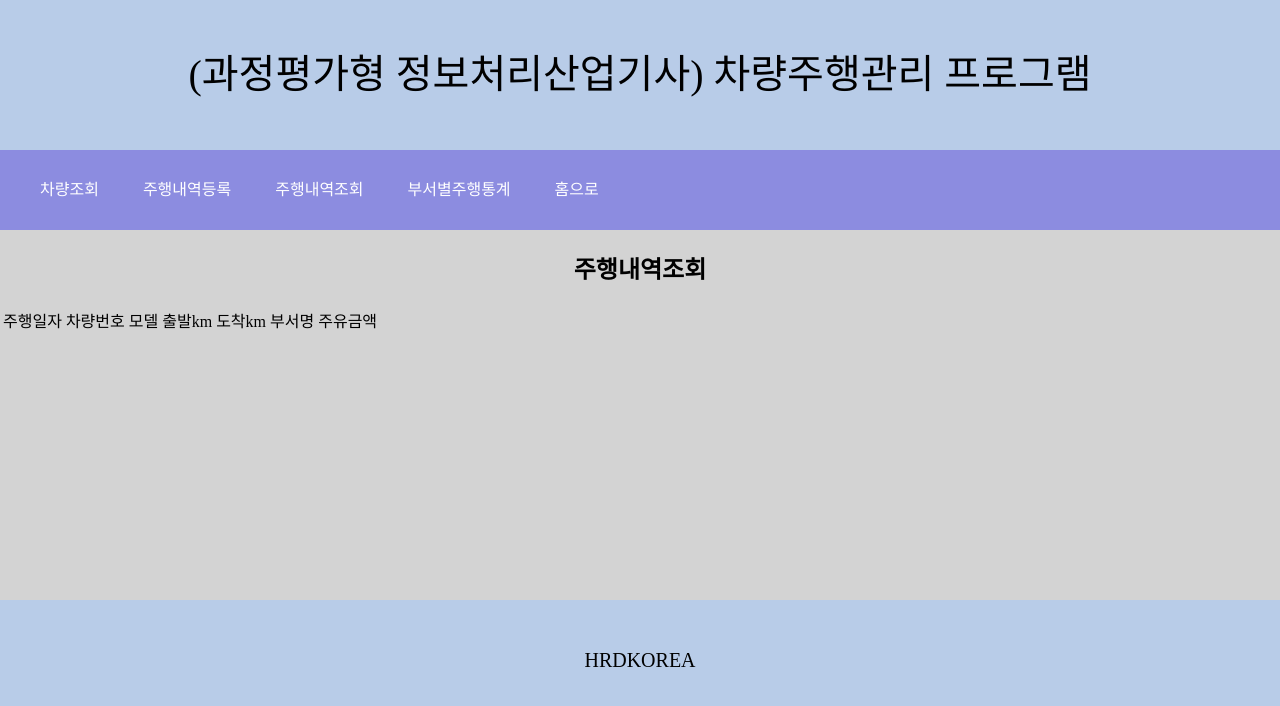
Repository: junhee97/-
Page: http://localhost/HRD_04/r_list.jsp
These files come from the project's save history. The page is drawn as it stood at one moment and after the next save; the edit follows.
The browser window is 1280 px wide. The pictures show the whole page.
The page is served by Tomcat 9.

Above is the page before, as saved 2025-08-14 14:18:48.

### HRD_04/WebContent/r_list.jsp
<%@ page language="java" contentType="text/html; charset=UTF-8"
    pageEncoding="UTF-8"%>
<!DOCTYPE html PUBLIC "-//W3C//DTD HTML 4.01 Transitional//EN" "http://www.w3.org/TR/html4/loose.dtd">
<html>
<head>
<meta http-equiv="Content-Type" content="text/html; charset=UTF-8">
<title>Insert title here</title>
</head>
<body>

<jsp:include page="header.jsp"></jsp:include>

<section style="position: fixed; top: 230px; left: 0px; width: 100%; height: 100%; background-color: lightgray;">
<h2 style="text-align: center;">주행내역조회</h2>

<form>
	<table>
		<tr>
			<td>주행일자</td>
			<td>차량번호</td>
			<td>모델</td>
			<td>출발km</td>
			<td>도착km</td>
			<td>부서명</td>
			<td>주유금액</td>
		</tr>
	</table>
</form>

</section>

<jsp:include page="footer.jsp"></jsp:include>

</body>
</html>

### HRD_04/WebContent/header.jsp
<%@ page language="java" contentType="text/html; charset=UTF-8"
	pageEncoding="UTF-8"%>
<!DOCTYPE html PUBLIC "-//W3C//DTD HTML 4.01 Transitional//EN" "http://www.w3.org/TR/html4/loose.dtd">
<html>
<head>
<meta http-equiv="Content-Type" content="text/html; charset=UTF-8">
<title>Insert title here</title>

<style>
a {
	text-decoration: none;
	color: white;
}
</style>

</head>
<body>

	<header style="position:fixed; top:0px; left:0px; width:100%; height: 150px; line-height: 150px; background-color: #B8CCE8; text-align: center; font-size: 40px;">
	(과정평가형 정보처리산업기사) 차량주행관리 프로그램
	</header>

	<nav style="position: fixed; top: 150px; left: 0px; width: 100%; height: 80px; line-height: 80px; background-color: #8C8CE0; color :white; padding-left: 40px;">
		<a href="c_list.jsp">차량조회</a> &nbsp; &nbsp; &nbsp; &nbsp; &nbsp;
		<a href="insert.jsp">주행내역등록</a> &nbsp; &nbsp; &nbsp; &nbsp; &nbsp;
		<a href="r_list.jsp">주행내역조회</a> &nbsp; &nbsp; &nbsp; &nbsp; &nbsp;
		<a href="status.jsp">부서별주행통계</a> &nbsp; &nbsp; &nbsp; &nbsp; &nbsp;
		<a href="index.jsp">홈으로</a>
	</nav>

</body>
</html>

### HRD_04/WebContent/footer.jsp
<%@ page language="java" contentType="text/html; charset=UTF-8"
    pageEncoding="UTF-8"%>
<!DOCTYPE html PUBLIC "-//W3C//DTD HTML 4.01 Transitional//EN" "http://www.w3.org/TR/html4/loose.dtd">
<html>
<head>
<meta http-equiv="Content-Type" content="text/html; charset=UTF-8">
<title>Insert title here</title>
</head>
<body>

	<footer style="position: fixed; bottom: 0px; left: 0px; width: 100%; height: 120px; line-height: 120px; text-align: center; background-color: #B8CCE8; font-size: 20px;">
		HRDKOREA
	</footer>

</body>
</html>

After the next save:
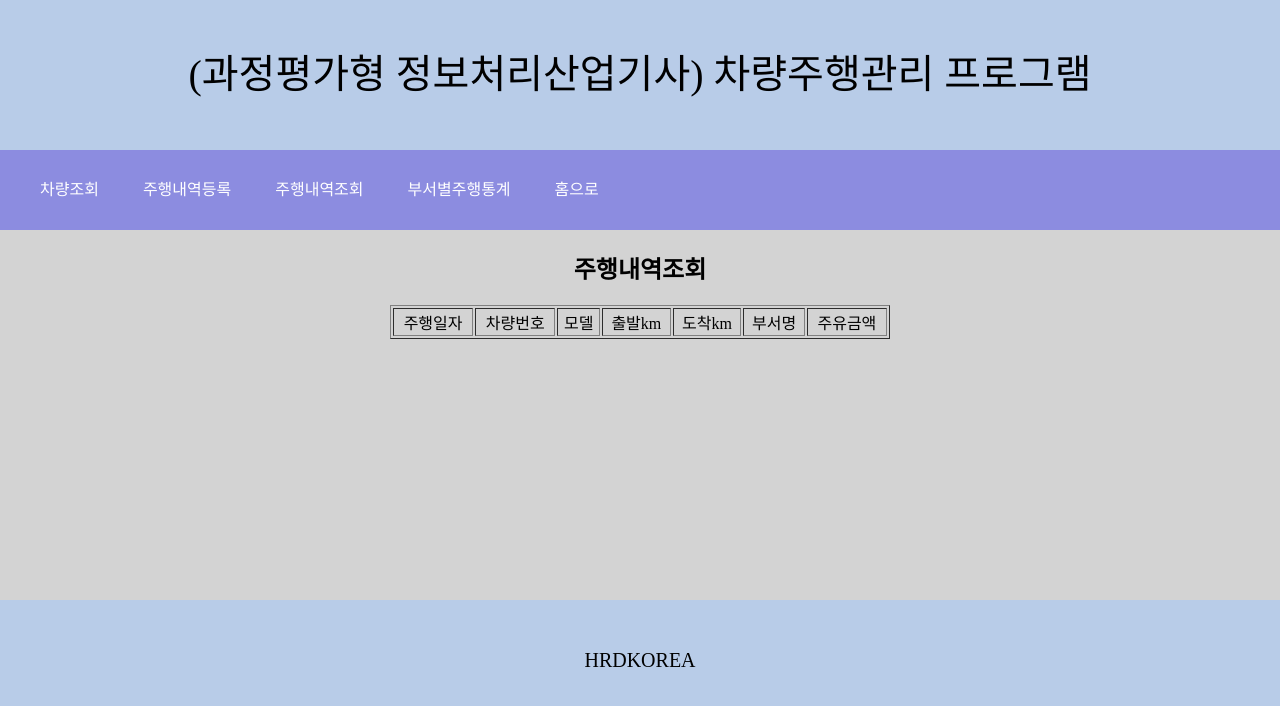
Saved 52 s later.
--- a/HRD_04/WebContent/r_list.jsp
+++ b/HRD_04/WebContent/r_list.jsp
@@ -13,8 +13,8 @@
 <section style="position: fixed; top: 230px; left: 0px; width: 100%; height: 100%; background-color: lightgray;">
 <h2 style="text-align: center;">주행내역조회</h2>
 
-<form>
-	<table>
+<form style ="display :flex; align-items: center; justify-content: center; text-align: center;">
+	<table style ="width: 500px;" border="1">
 		<tr>
 			<td>주행일자</td>
 			<td>차량번호</td>
